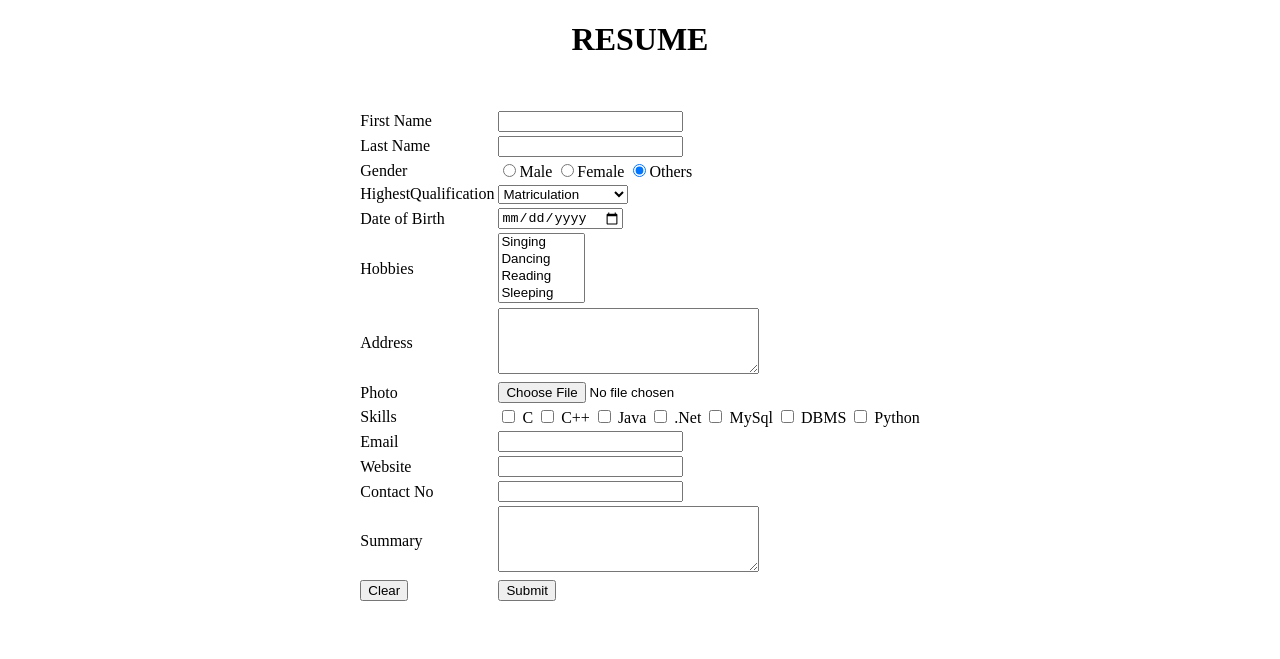
Repository: Rccalfa123/JEE
Page: MyFirstServlet/WebContent/Resume.html
The author's editor kept a copy of each file at every save. The page is drawn from the files as they stood at one save, then again after the next save.
The browser window is 1280 px wide. The pictures show the whole page.

Above is the page before, as saved 2018-08-07 13:46:03.

After the next save:
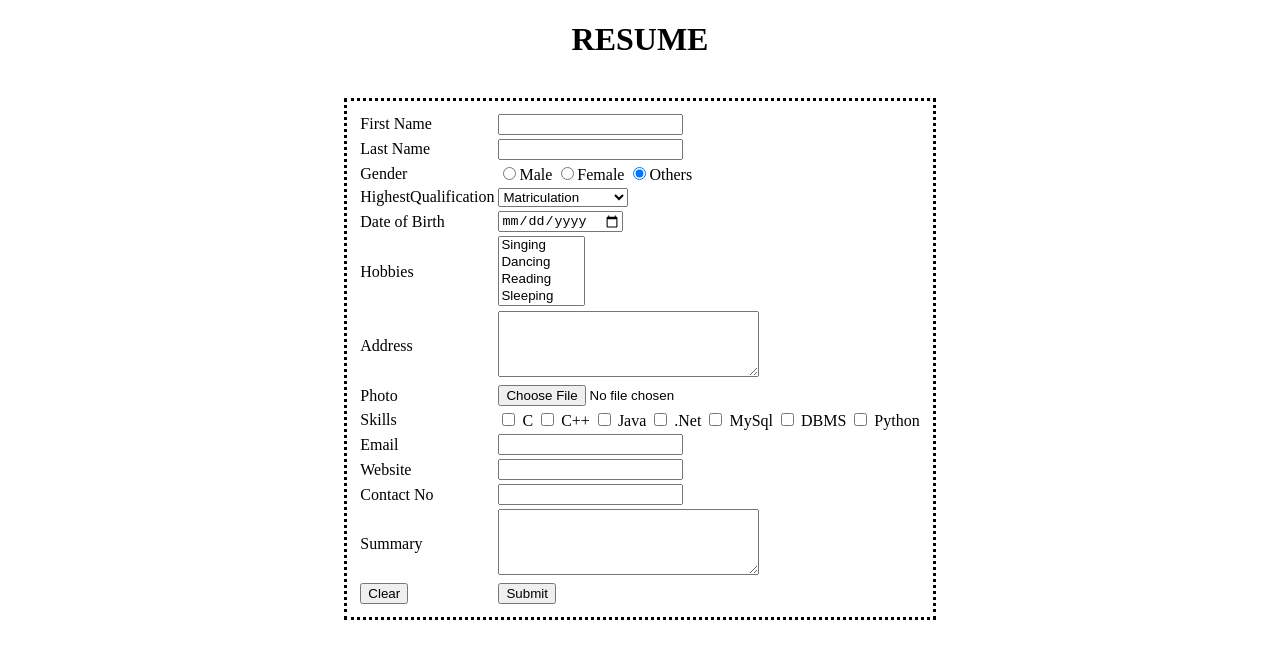
Saved 17 s later.
--- a/MyFirstServlet/WebContent/Resume.html
+++ b/MyFirstServlet/WebContent/Resume.html
@@ -5,6 +5,7 @@
 table{
         padding: 10px;
         border-color: black;
+        border: dotted;
 }
 </style>
 
